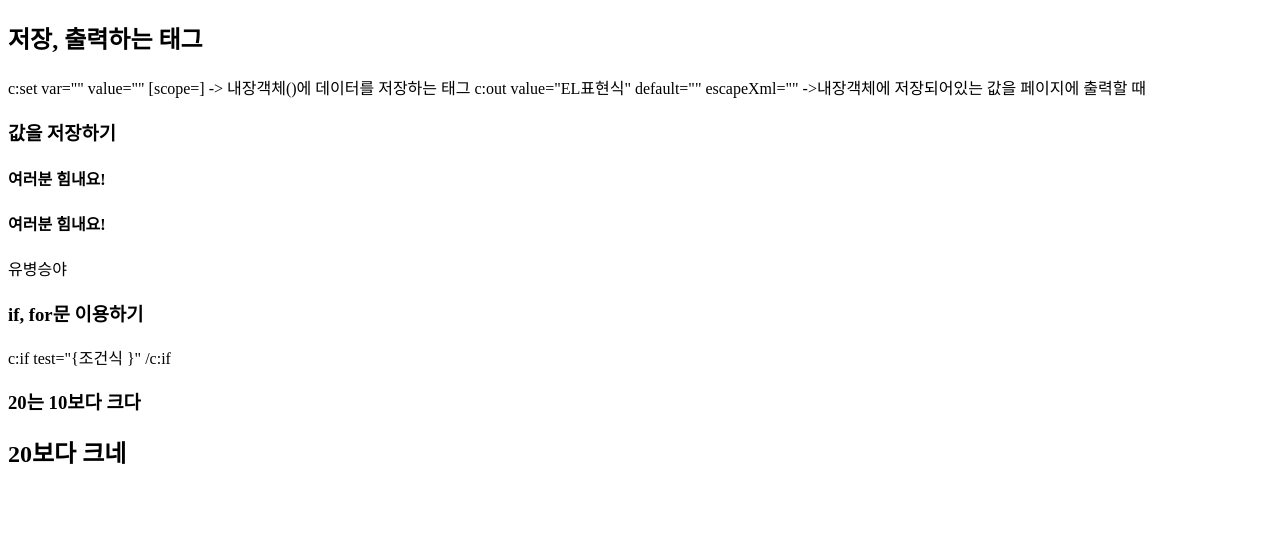
Repository: simjiho/week
Page: http://localhost/el_jstl/views/jstl/02_controltag.jsp
These files come from the project's save history. The page is drawn as it stood at one moment and after the next save; the edit follows.
The browser window is 1280 px wide. The pictures show the whole page.
The page is served by Tomcat 9.

Above is the page before, as saved 2024-04-20 06:29:08.

After the next save:
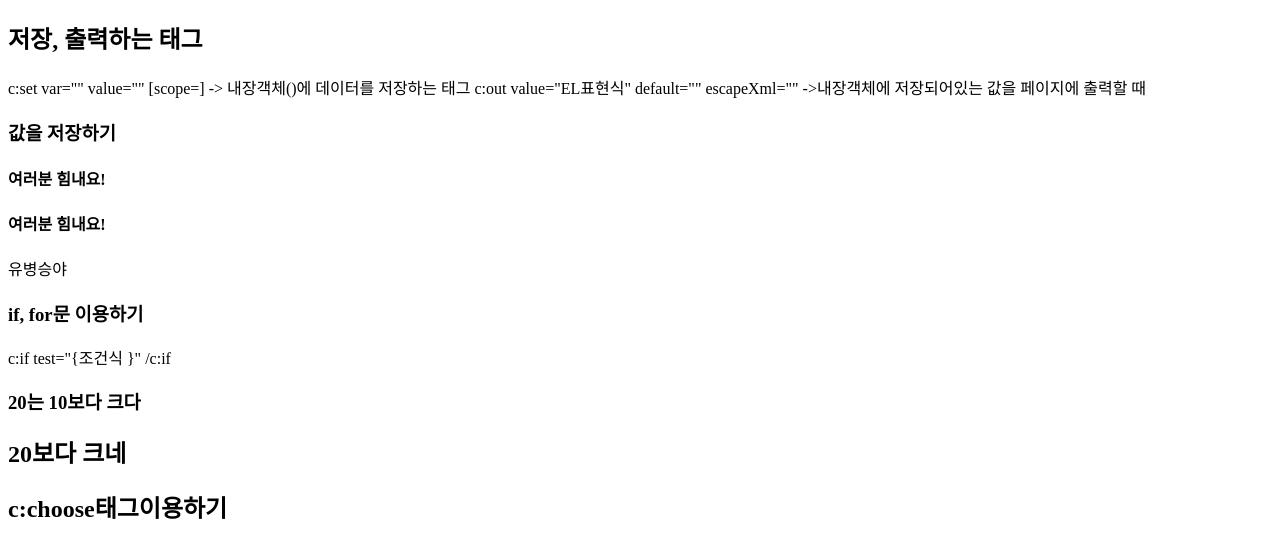
Saved 85 s later.
--- a/workspace/el_jstl/src/main/webapp/views/jstl/02_controltag.jsp
+++ b/workspace/el_jstl/src/main/webapp/views/jstl/02_controltag.jsp
@@ -45,5 +45,7 @@
 		</c:if>
 	</c:if>
 
+	<h2>c:choose태그이용하기</h2>
+
 </body>
 </html>
